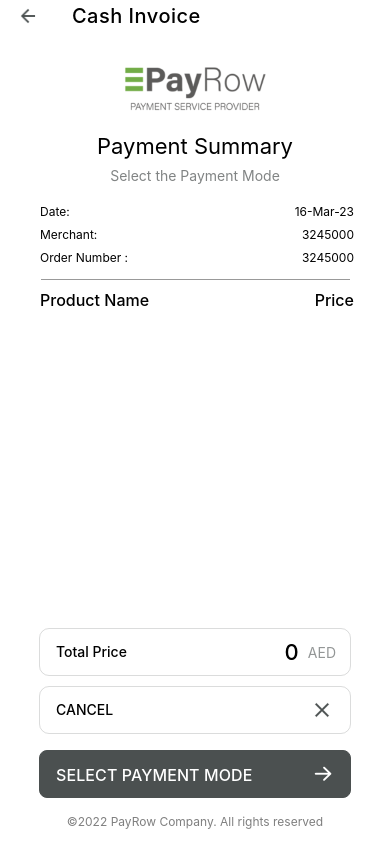
Repository: rishabh-critical-river/payrowios
Screen: /paymentSummary
An editor plug-in stored every save of this project. The screen is shown before and after the next save, followed by the edit.
The app was drawn by React Native's web renderer in a window 390 px wide. The project was rebuilt for these pictures with package versions that can differ from the ones it lists, and the page was loaded fresh each time. Also part of the build but not shown: screens/onboarding/CreateAccount.js, screens/home/HomeScreen.tsx, screens/home/HomeComponents/TapToPay.tsx, screens/home/HomeComponents/AddItem.js, screens/home/HomeComponents/TapCard.tsx, screens/home/HomeComponents/EnterPin.tsx, screens/home/HomeComponents/Confirmation.tsx, screens/home/HomeComponents/NewPayment.tsx and 37 more.

Above is the screen before, as saved 2023-07-27 05:10:26.

After the next save:
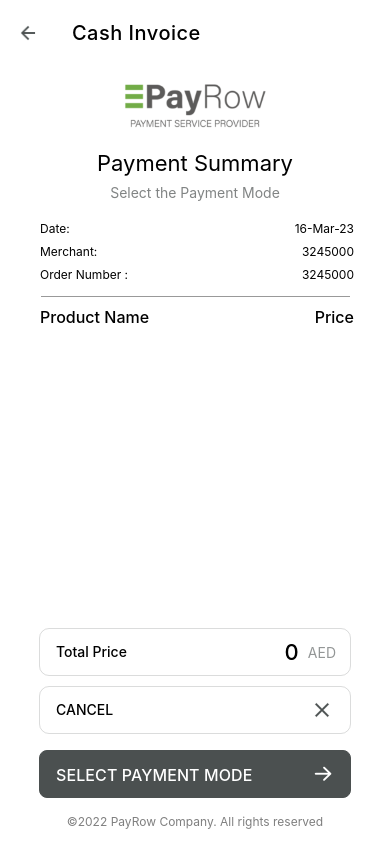
Saved 4 s later.
--- a/screens/home/HomeComponents/PaymentSummary.js
+++ b/screens/home/HomeComponents/PaymentSummary.js
@@ -38,7 +38,7 @@ const PaymentSummary = ({ navigation, route }) => {
       <View
         style={{
           paddingLeft: 19.98,
-          pa: 17,
+          paddingTop: 17,
           flexDirection: "row",
           alignItems: "center",
           backgroundColor: "#fff",
